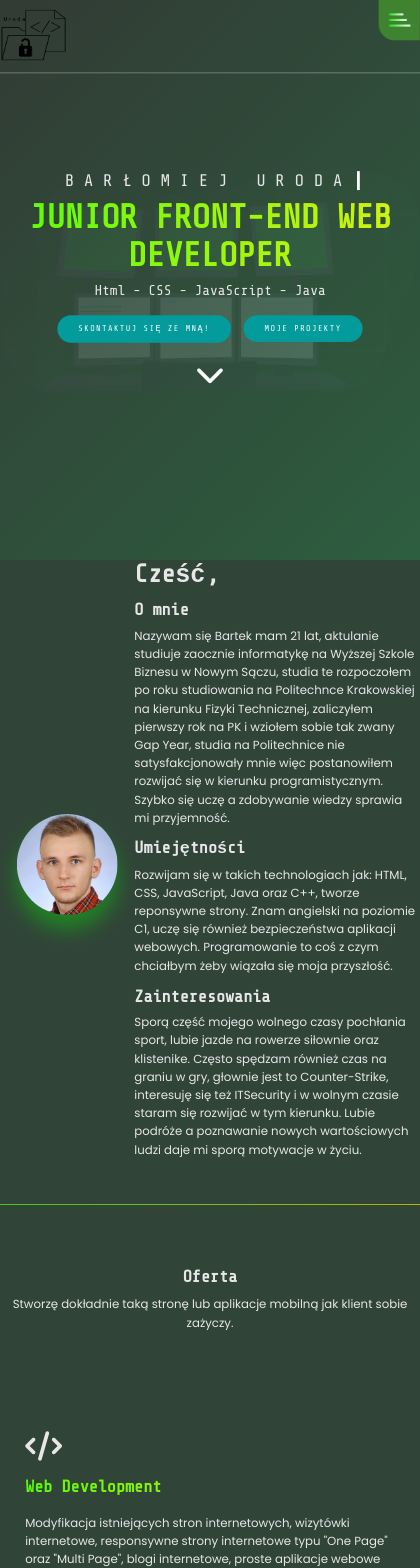
Repository: BartekUroda/portfolio
Page: index.html
An editor plug-in stored every save of this project. The page is shown before and after the next save, followed by the edit.
The browser window is 600 px wide. The pictures show the part of the page from y = 0 to 2240 px (the page is 5075 px tall before and 5560 px after), at 70% of full size.
Some web libraries are served in a nearby version.

Above is the page before, as saved 2020-10-27 22:08:29.

After the next save:
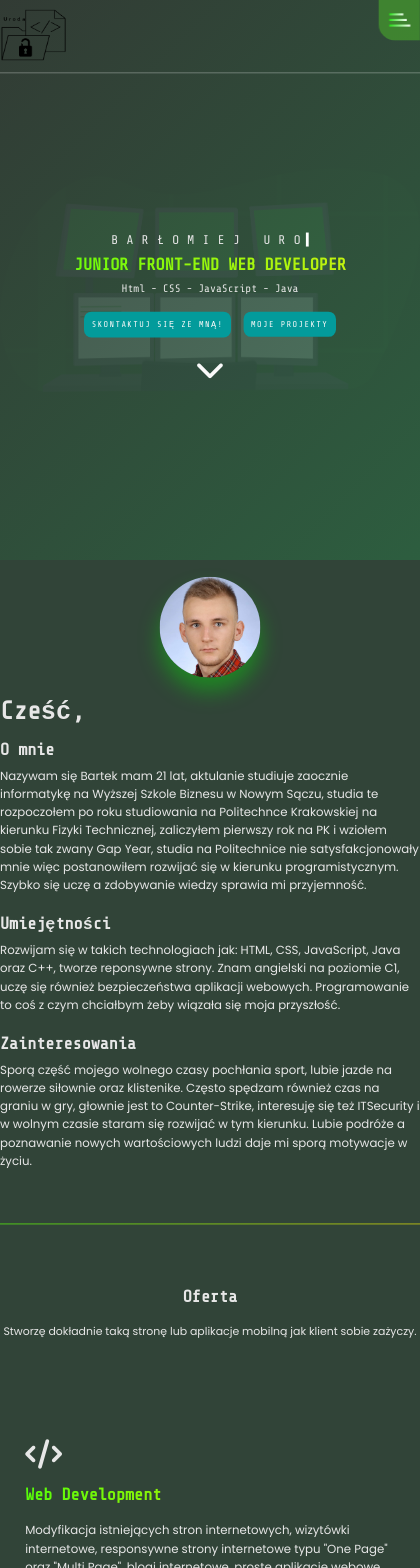
Saved 2 min 5 s later.
--- a/css/style.css
+++ b/css/style.css
@@ -432,3 +432,99 @@ hr {
     justify-content: space-evenly;
     align-items: center;
 }
+/* ----------FOOTER--------- */
+footer {
+    width: 100%;
+    max-width: 70rem;
+    margin: auto;
+    padding: 2.5rem;
+    color: #8a8a8a;
+    text-align: center;
+    font-size: 1.2rem;
+    display: flex;
+    justify-content: space-evenly;
+    flex-direction: column;
+}
+footer a {
+    margin: 0 0.2rem;
+}
+.footer-coded-by {
+    margin: 2rem 0;
+}
+.footer-social a {
+    margin: 0 0.5rem;
+    font-size: 2rem;
+}
+/* ----------RESPONSIVE--------- */
+@media (max-width: 750px) {
+    .main-message h3 {
+      font-size: 3rem;
+    }
+    .about .container {
+      flex-direction: column;
+    }
+    p {
+      font-size: 1.3rem;
+    }
+    .title-heading {
+      margin: 0;
+    }
+
+    .services-tiers {
+      gap: 0;
+    }
+    .project-item {
+      flex-direction: column;
+      align-items: flex-start;
+      padding: 2rem;
+      box-shadow: 0 20px 30px 0 rgba(212, 255, 255, 0.15);
+    }
+    .project-img {
+      width: 20rem;
+    }
+}
+@media (max-width: 665px) {
+    .main-message {
+      top: 55%;
+    }
+    .main-message h2 {
+      letter-spacing: 1rem;
+      font-size: 1.5rem;
+      width: 29ch;
+    }
+
+    .main-message h3 {
+      font-size: 2rem;
+    }
+
+    .main-message p {
+      font-size: 1.3rem;
+    }
+    .btn {
+      border-radius: 0.9rem;
+      padding: 0.9rem 0.9rem;
+    }
+    .about-text-box h2 {
+      font-size: 3rem;
+      margin-bottom: 20px;
+    }
+    .about-text-box p {
+      margin: 0 0 2.45rem;
+    }
+
+    .title-heading h2 {
+      margin-bottom: 2rem;
+    }
+    .title-heading p {
+      font-size: 1.3rem;
+    }
+
+    .contact .container {
+      flex-direction: column;
+    }
+
+    footer,
+    footer p {
+      font-size: 1.2rem;
+    }
+}
